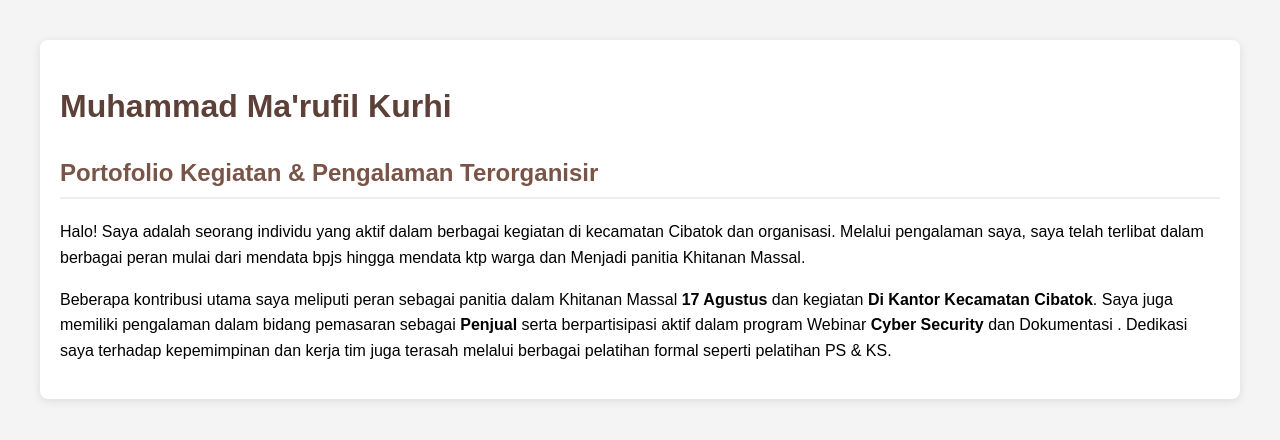
Repository: rufi1126/241552010002-Web-Application-Development
Page: p-2/latihan1.html
The author's editor kept a copy of each file at every save. The page is drawn from the files as they stood at one save, then again after a run of saves.
The browser window is 1280 px wide. The pictures show the whole page.

Above is the page before, as saved 2026-02-27 17:28:01.

### p-2/latihan1.html
<!DOCTYPE html>
<html lang="id">
<head>
    <meta charset="UTF-8">
    <meta name="viewport" content="width=device-width, initial-scale=1.0">
    <title>Portofolio Muhammad Ma'rufil Kurhi</title>
    <style>
        body {
            font-family: Arial, sans-serif;
            line-height: 1.6;
            margin: 40px;
            background-color: #f4f4f4;
        }
        .container {
            background: white;
            padding: 20px;
            border-radius: 8px;
            box-shadow: 0 2px 10px rgba(0,0,0,0.1);
        }
        h1 {
            color: #5d4037;
        }
        h2 {
            color: #795548;
            border-bottom: 2px solid #eee;
            padding-bottom: 5px;
        }
    </style>
</head>
<body>

    <div class="container">
        <h1>Muhammad Ma'rufil Kurhi</h1>
        <h2>Portofolio Kegiatan & Pengalaman Terorganisir</h2>

        <p>
            Halo! Saya adalah seorang individu yang aktif dalam berbagai kegiatan di kecamatan Cibatok dan organisasi.
            Melalui pengalaman saya, saya telah terlibat dalam berbagai peran mulai dari mendata bpjs
            hingga mendata ktp warga dan Menjadi panitia Khitanan Massal.
        </p>

        <p>
            Beberapa kontribusi utama saya meliputi peran sebagai panitia dalam Khitanan Massal <strong>17 Agustus</strong>
            dan kegiatan <strong>Di Kantor Kecamatan Cibatok</strong>. Saya juga memiliki pengalaman dalam bidang pemasaran
            sebagai <strong>Penjual</strong> serta berpartisipasi aktif dalam program Webinar
            <strong>Cyber Security</strong> dan Dokumentasi <strong></strong>. Dedikasi saya terhadap kepemimpinan
            dan kerja tim juga terasah melalui berbagai pelatihan formal seperti pelatihan PS & KS.
        </p>
    </div>

</body>
</html>

After the next 3 saves:
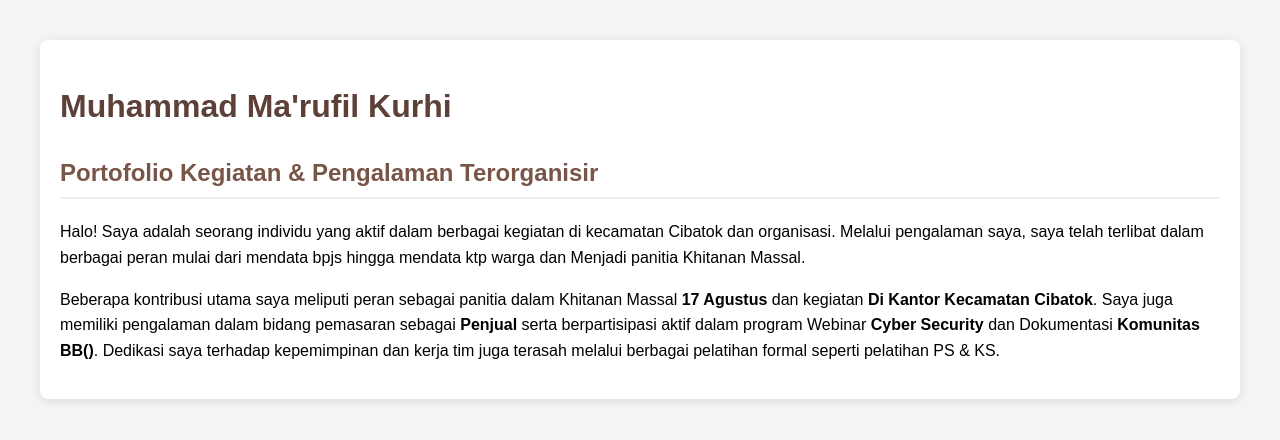
The 3 saves are shown as one change because they came seconds apart.
The last was saved 12 s later.
--- a/p-2/latihan1.html
+++ b/p-2/latihan1.html
@@ -43,7 +43,7 @@
             Beberapa kontribusi utama saya meliputi peran sebagai panitia dalam Khitanan Massal <strong>17 Agustus</strong>
             dan kegiatan <strong>Di Kantor Kecamatan Cibatok</strong>. Saya juga memiliki pengalaman dalam bidang pemasaran
             sebagai <strong>Penjual</strong> serta berpartisipasi aktif dalam program Webinar
-            <strong>Cyber Security</strong> dan Dokumentasi <strong></strong>. Dedikasi saya terhadap kepemimpinan
+            <strong>Cyber Security</strong> dan Dokumentasi <strong>Komunitas BB()</strong>. Dedikasi saya terhadap kepemimpinan
             dan kerja tim juga terasah melalui berbagai pelatihan formal seperti pelatihan PS & KS.
         </p>
     </div>
